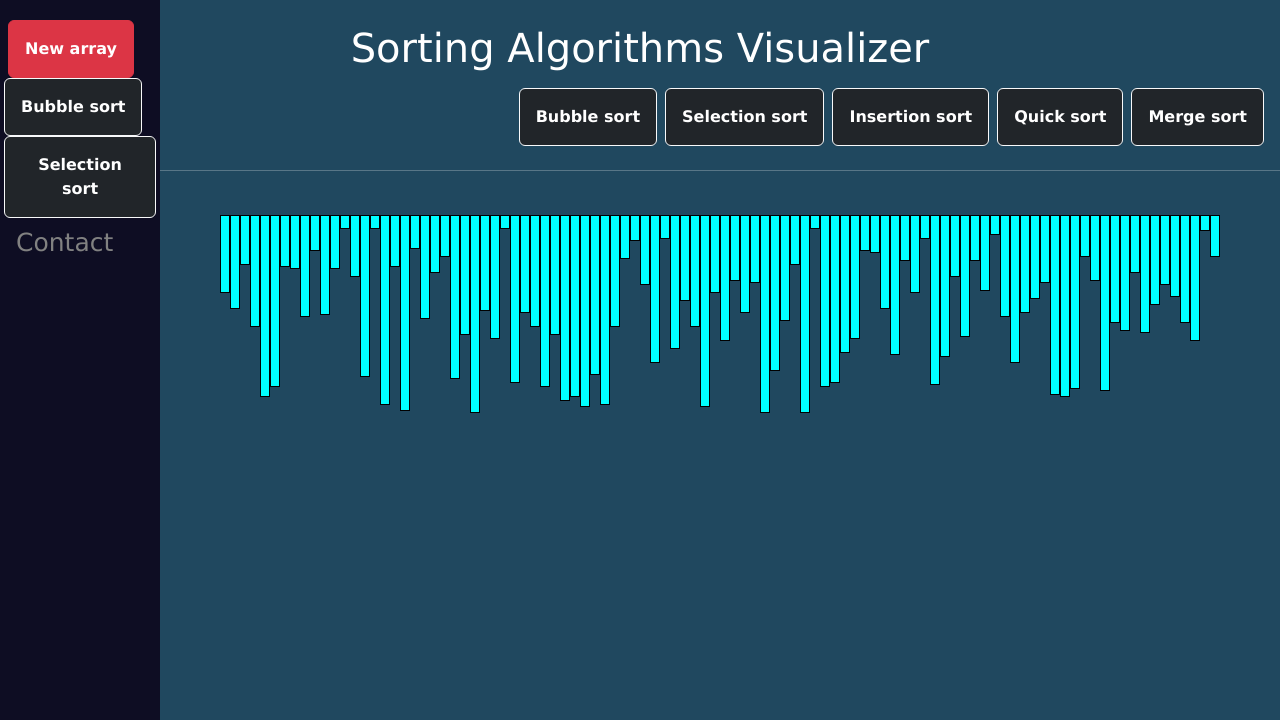
Repository: Vasil1001/Sorting-Algorithms-Visualizer-js
Page: views/index.html
The author's editor kept a copy of each file at every save. The page is drawn from the files as they stood at one save, then again after a run of saves.
The browser window is 1280 px wide. The pictures show the whole page.

Above is the page before, as saved 2022-11-03 17:54:15.

After the next 2 saves:
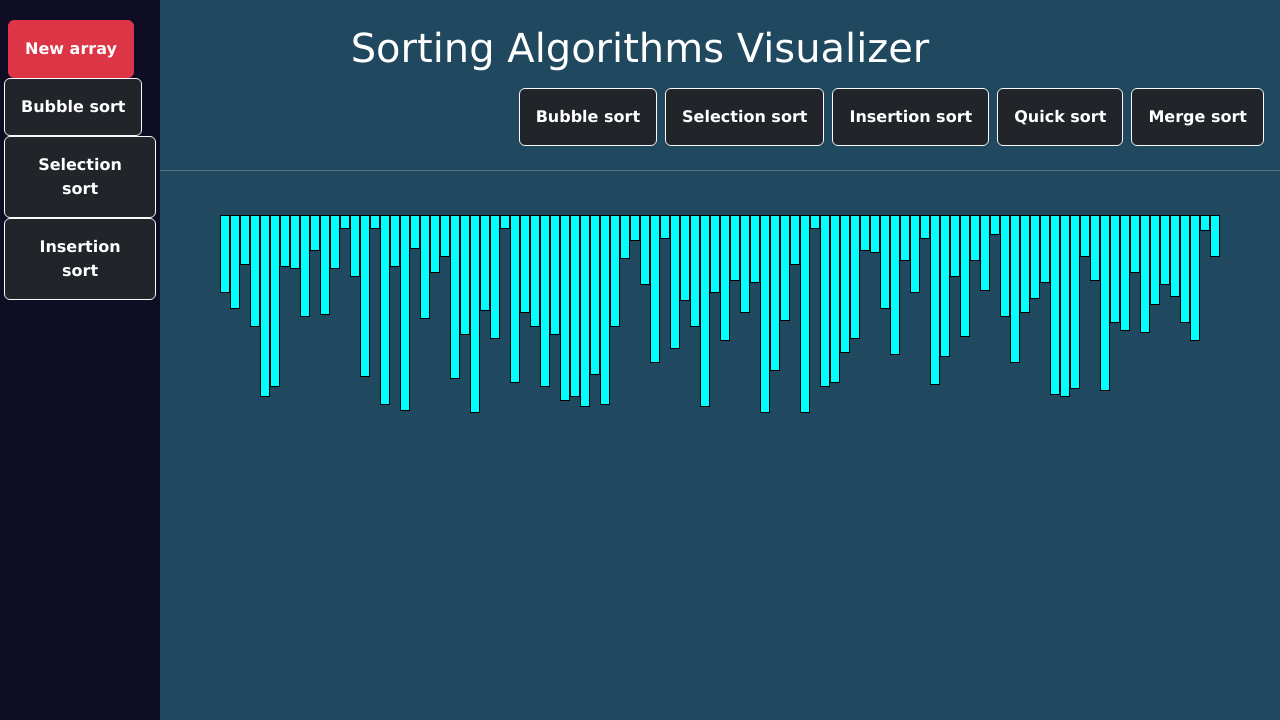
The 2 saves are shown as one change because they came seconds apart.
The last was saved 22 s later.
--- a/views/index.html
+++ b/views/index.html
@@ -66,7 +66,10 @@
         sort</b> </button>
     <button type="button" class="btn btn-dark border-light mx-1 p-3 " id="selection_sort"
       style="color: rgb(255, 255, 255);">
-      <b>Selection sort</b></button> <a href="#contact">Contact</a>
+      <b>Selection sort</b></button>
+      <button type="button" class="btn btn-dark border-light mx-1 p-3 " id="insertion_sort" style="color: white;">
+        <b>Insertion sort</b></button>
+
   </div>
 
   <div class="main">
